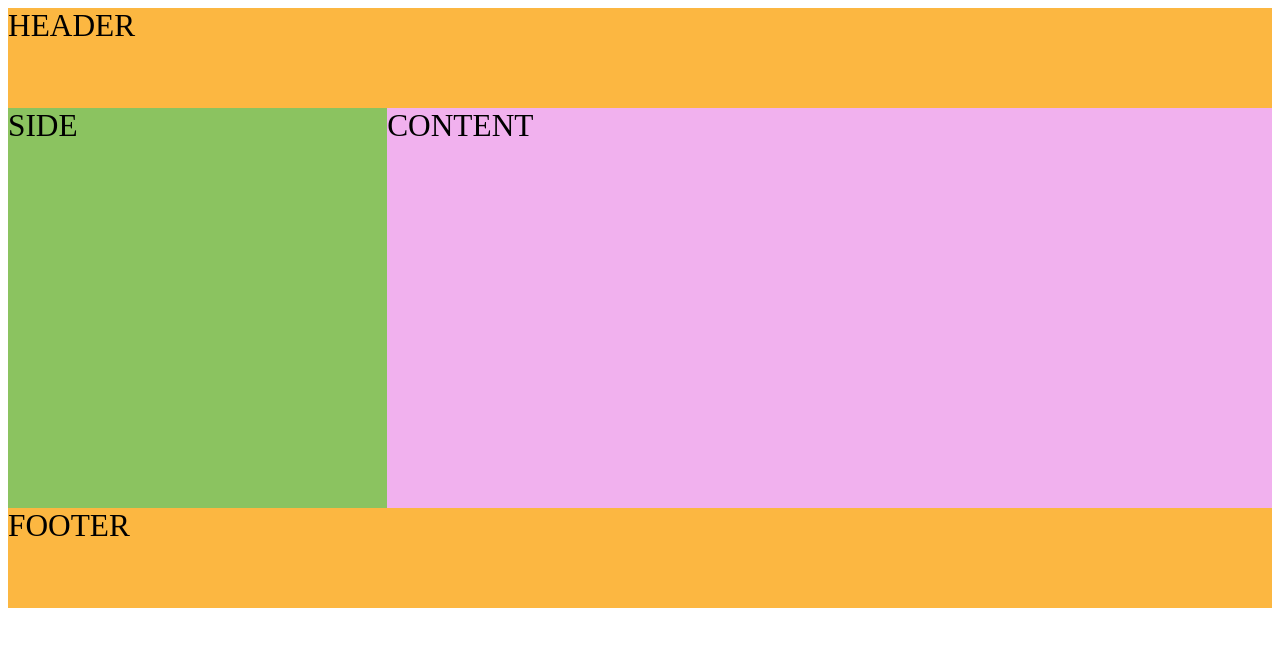
Repository: DuongThanhLong/Basic-responsive-HTML--CSS
Page: Flexbox/index.html
An editor plug-in stored every save of this project. The page is shown before and after the next save, followed by the edit.
The browser window is 1280 px wide. The pictures show the whole page.

Above is the page before, as saved 2021-09-21 16:42:34.

### Flexbox/index.html
<!DOCTYPE html>
<html lang="en">

<head>
    <meta charset="UTF-8">
    <meta http-equiv="X-UA-Compatible" content="IE=edge">
    <meta name="viewport" content="width=device-width, initial-scale=1.0">
    <title>Flexbox</title>
    <style>
        * {
            box-sizing: inherit;
            font-size: 1.4rem;
        }

        header {
            background-color: #FCB741;
            height: 100px;
        }

        .center {
            display: flex;
            height: 400px;
        }

        .side {
            width: 30%;
            background-color: #8BC360;
        }

        .content {
            width: 70%;
            background-color: #F1B1EE;
        }

        footer {
            background-color: #FCB741;
            height: 100px;
        }
    </style>
</head>

<body>
    <header>HEADER</header>
    <div class="center">
        <div class="side">SIDE</div>
        <div class="content">CONTENT</div>
    </div>
    <footer>FOOTER</footer>
</body>

</html>

After the next save:
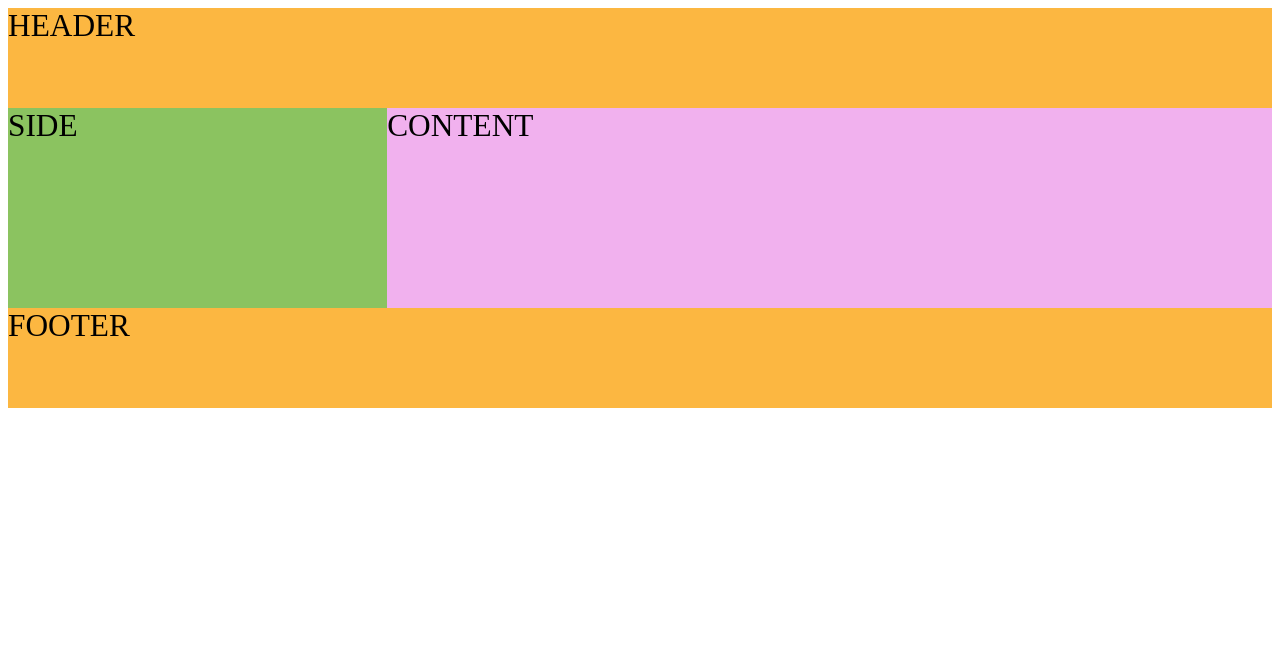
Saved 4 s later.
--- a/Flexbox/index.html
+++ b/Flexbox/index.html
@@ -19,7 +19,7 @@
 
         .center {
             display: flex;
-            height: 400px;
+            height: 200px;
         }
 
         .side {
